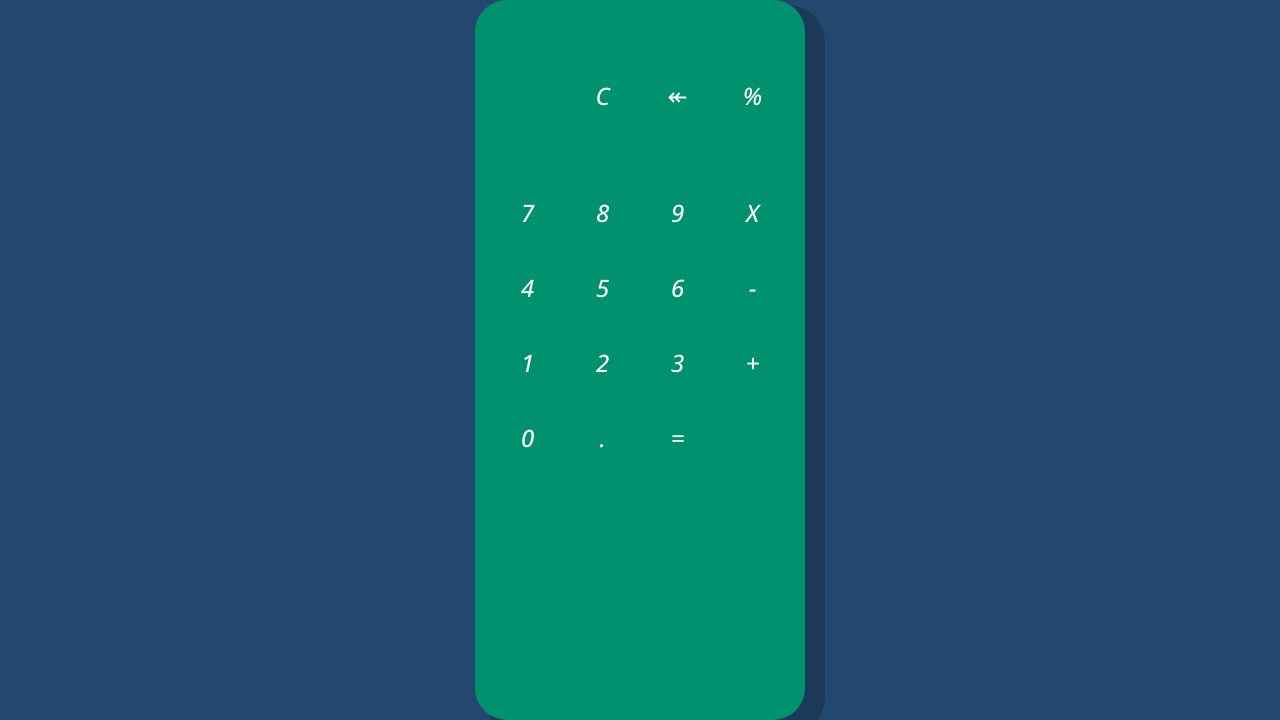
Repository: jhonenmanuel1/javaScript-calculator
Page: src/index.html
The author's editor kept a copy of each file at every save. The page is drawn from the files as they stood at one save, then again after the next save.
The browser window is 1280 px wide. The pictures show the whole page.

Above is the page before, as saved 2022-08-02 23:28:08.

After the next save:
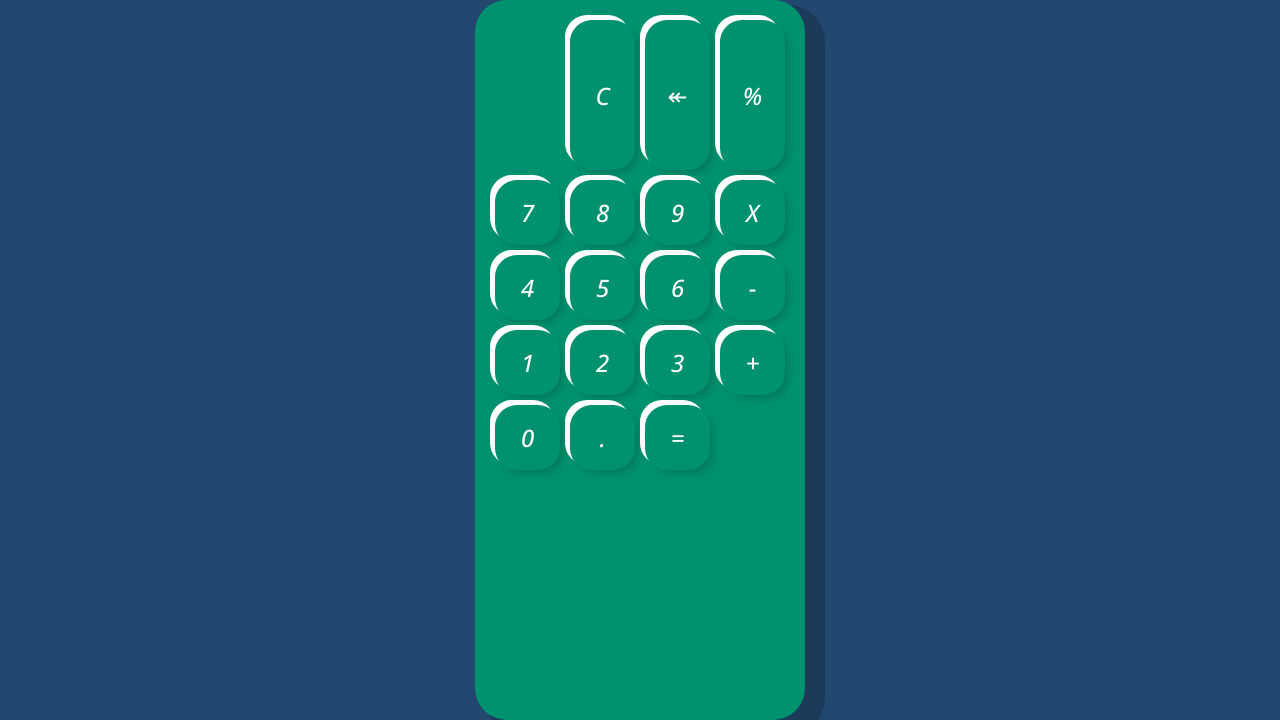
Saved 4 s later.
--- a/src/styles.css
+++ b/src/styles.css
@@ -30,5 +30,5 @@ button{
     font-size: 1.5em;
     background-color: #00916e ;
     border: none;
-    box-shadow: 5px 5px 10px -3px  #00000033, -5px;
+    box-shadow: 5px 5px 10px -3px  #00000033, -5px -5px;
 }
